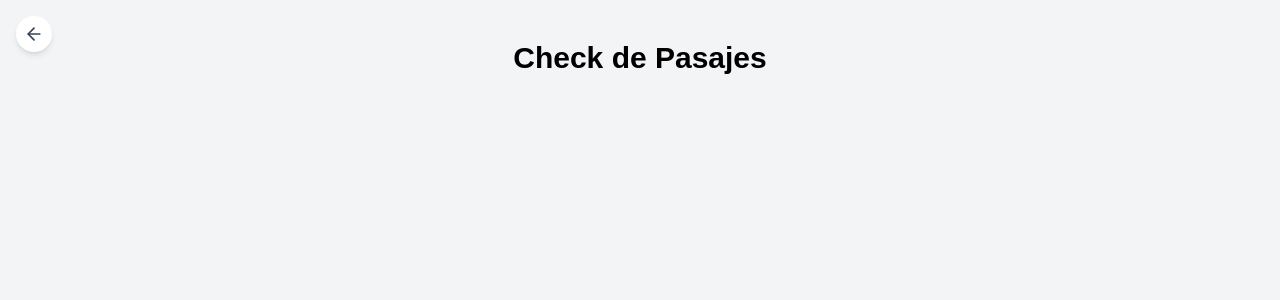
Repository: francoluca35/appcolectivos
Page: /checkpass
These files come from the project's save history. The page is drawn as it stood at one moment and after the next save; the edit follows.
The browser window is 1280 px wide. The pictures show the whole page.
The page's requests for data from a server got no answer. The project was rebuilt for these pictures with package versions that can differ from the ones it lists, and the page was loaded fresh each time. The framework's server and built-in components were replaced by stand-ins that run in the browser. No one was signed in, and anything a server would have sent is missing. Also part of the build but not shown: next.config.mjs.

Above is the page before, as saved 2025-03-28 15:15:07.

### src/app/checkpass/page.js
'use client';
import React, { Suspense } from 'react';
import PasajerosLista from './PasajerosLista';
import BackArrow from '../components/backArrow';

export default function CheckPass() {
  return (
    <div className="min-h-screen bg-gray-100 py-10 px-4">
        <BackArrow/>
      <h1 className="text-3xl font-bold text-center mb-8 text-black">Check de Pasajes</h1>

      <Suspense fallback={<p className="text-center text-gray-500">Cargando lista de pasajeros...</p>}>
        <PasajerosLista />
      </Suspense>
    </div>
  );
}

### src/app/checkpass/PasajerosLista.jsx
// components/PasajerosLista.jsx
'use client';
import React, { useState } from 'react';
import useCheckPass from '@/hooks/useCheckPass';

export default function PasajerosLista() {
  const { pasajeros, loading } = useCheckPass();
  const [selected, setSelected] = useState(null);

  if (loading) return <p className="text-center text-gray-500 mt-10">Cargando pasajeros...</p>;

  // Agrupar pasajeros por destino
  const agrupados = pasajeros.reduce((acc, pasajero) => {
    const destino = pasajero.destino || "Sin destino";
    if (!acc[destino]) acc[destino] = [];
    acc[destino].push(pasajero);
    return acc;
  }, {});

  return (
    <>
      {Object.entries(agrupados).map(([destino, grupo]) => (
        <div key={destino} className="mb-10">
          <h2 className="text-xl font-bold mb-4 text-blue-700">{destino}</h2>
          <ul className="bg-white rounded-lg shadow divide-y divide-gray-200">
            {grupo.map((p) => (
              <li
                key={p.id}
                onClick={() => setSelected(p)}
                className="px-4 py-3 hover:bg-blue-50 cursor-pointer flex justify-between text-black"
              >
                <span><strong>{p.nombreCompleto}</strong>, {new Date(p.fechaViaje).toLocaleDateString("es-AR")}</span>
                <span>DNI: {p.dni}</span>
              </li>
            ))}
          </ul>
        </div>
      ))}

      {/* Modal */}
      {selected && (
        <div className="fixed inset-0 bg-black/40 backdrop-blur-sm z-50 flex items-center justify-center px-4">
          <div className="bg-white rounded-lg p-6 w-full max-w-md shadow-lg animate-fadeIn">
            <h3 className="text-xl font-bold mb-4 text-center text-gray-800">Detalles del Pasajero</h3>
            <div className="space-y-2 text-gray-700 text-sm">
              {Object.entries(selected).map(([key, value]) => (
                <p key={key}><strong>{key}:</strong> {String(value)}</p>
              ))}
            </div>
            <div className="text-center mt-6">
              <button
                onClick={() => setSelected(null)}
                className="bg-blue-600 text-white px-4 py-2 rounded hover:bg-blue-700 transition"
              >
                Cerrar
              </button>
            </div>
          </div>
        </div>
      )}
    </>
  );
}

### src/app/components/backArrow.js
"use client";

import { useRouter } from "next/navigation";
import { ArrowLeft } from "lucide-react"; // O podés usar un ícono de FontAwesome si preferís

export default function BackArrow() {
  const router = useRouter();

  return (
    <button
      onClick={() => router.push("/homeadmin")}
      className="fixed top-4 left-4 z-50 bg-white rounded-full p-2 shadow-md hover:bg-gray-100 transition"
      aria-label="Volver al inicio"
    >
      <ArrowLeft className="h-5 w-5 text-gray-700" />
    </button>
  );
}

### src/hooks/useCheckPass.js

import { useEffect, useState } from "react";
import axios from "axios";

const useCheckPass = () => {
  const [pasajeros, setPasajeros] = useState([]);
  const [loading, setLoading] = useState(true);

  const fetchPasajeros = async () => {
    try {
      const res = await axios.get("/api/check-pass");
      setPasajeros(res.data);
    } catch (err) {
      console.error("Error al obtener pasajeros", err);
    } finally {
      setLoading(false);
    }
  };

  useEffect(() => {
    fetchPasajeros();
  }, []);

  return { pasajeros, loading };
};

export default useCheckPass;

Loaded but not shown: src/app/layout.js (common file); src/app/globals.css (common file)

After the next save:
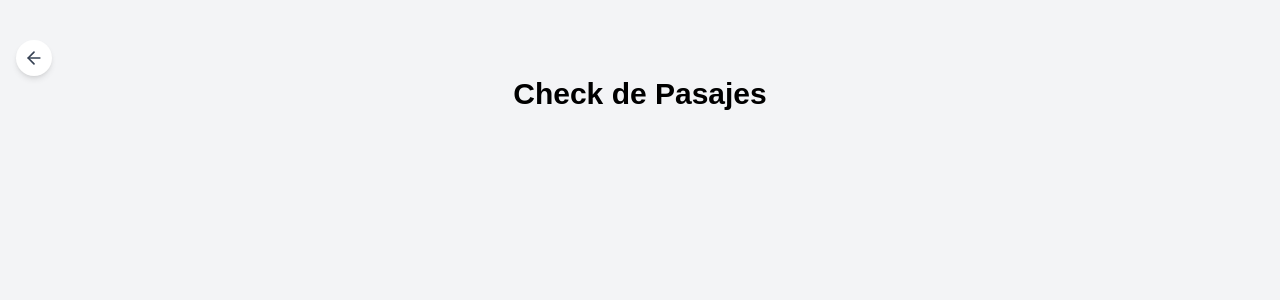
Saved 2 min 45 s later.
--- a/src/app/components/backArrow.js
+++ b/src/app/components/backArrow.js
@@ -1,15 +1,15 @@
-"use client";
+'use client';
 
 import { useRouter } from "next/navigation";
-import { ArrowLeft } from "lucide-react"; // O podés usar un ícono de FontAwesome si preferís
+import { ArrowLeft } from "lucide-react";
 
-export default function BackArrow() {
+export default function BackArrow({ className = "" }) {
   const router = useRouter();
 
   return (
     <button
       onClick={() => router.push("/homeadmin")}
-      className="fixed top-4 left-4 z-50 bg-white rounded-full p-2 shadow-md hover:bg-gray-100 transition"
+      className={`bg-white rounded-full p-2 shadow-md hover:bg-gray-100 transition ${className}`}
       aria-label="Volver al inicio"
     >
       <ArrowLeft className="h-5 w-5 text-gray-700" />
